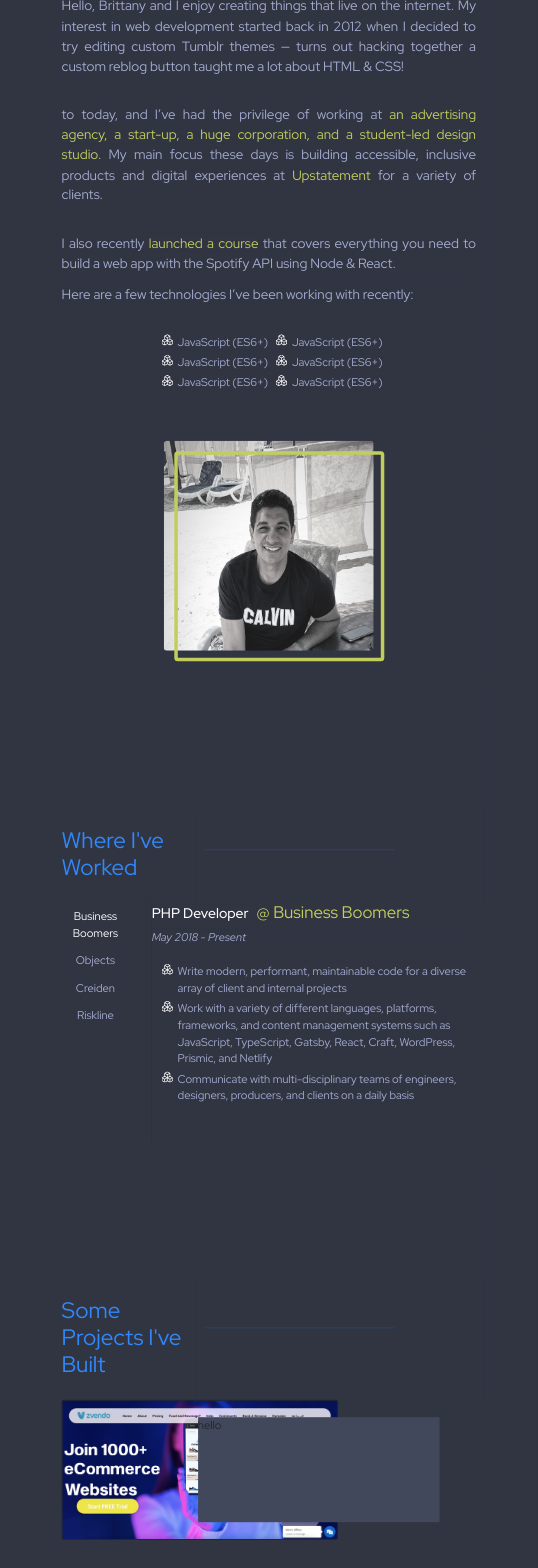
Repository: aya7abbal/Talaat-s-Portfolio
Page: index.html
An editor plug-in stored every save of this project. The page is shown before and after the next save, followed by the edit.
The browser window is 768 px wide. The pictures show the part of the page from y = 991 to 3231 px (the page is 3231 px tall), at 70% of full size.
Some web libraries are served in a nearby version. The style sheet was rebuilt from its Sass, Less or Tailwind sources for each picture, by a compiler version that may differ from the author's.

Above is the page before, as saved 2022-02-07 19:07:27.

After the next save:
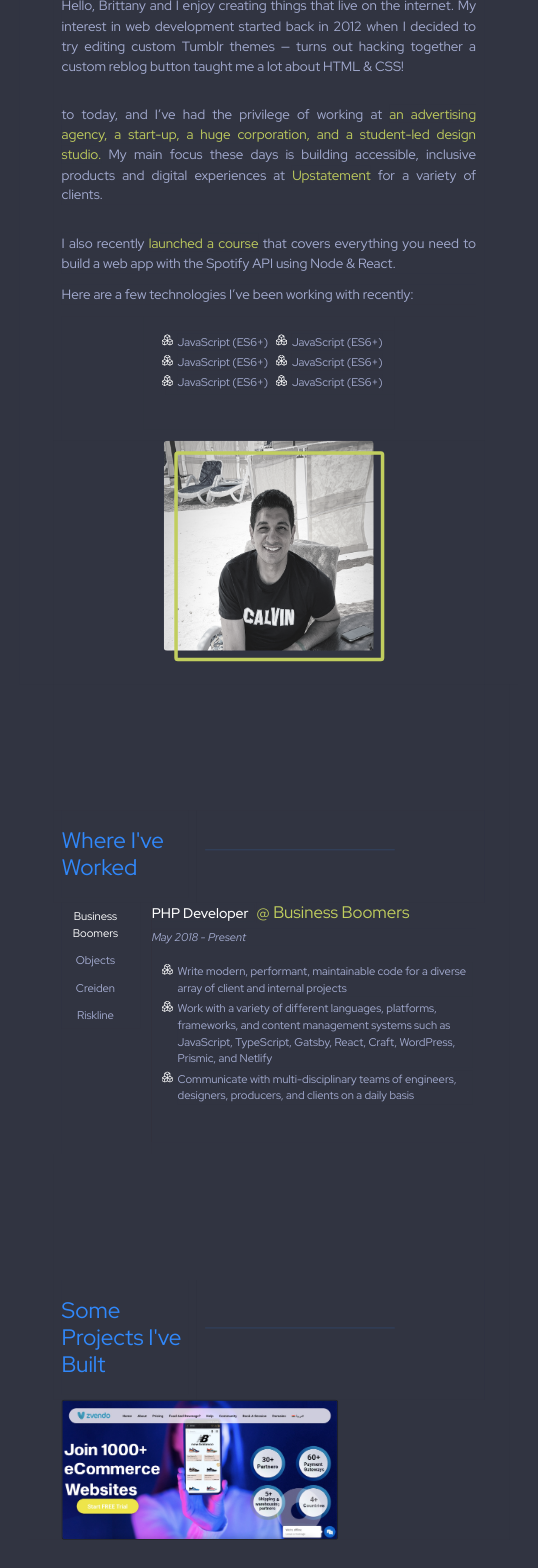
Saved 36 s later.
--- a/styles/components/_projects.scss
+++ b/styles/components/_projects.scss
@@ -11,6 +11,11 @@
 
 
 .project-desc{
+@media (max-width:768px) {
+    display: none;
+
+}
+
     background-color: var(--lnavy);
     height:150px;
     // width: 400px;
